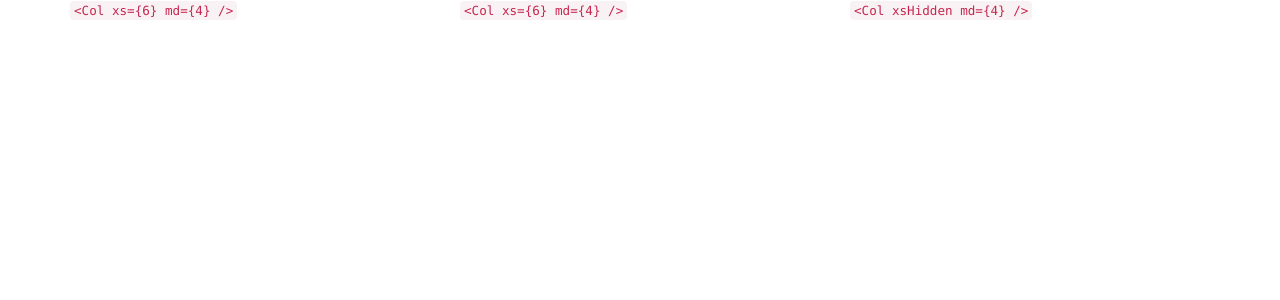
Repository: vivianuol/Clicky-game
Page: /
The author's editor kept a copy of each file at every save. The page is drawn from the files as they stood at one save, then again after a run of saves.
The browser window is 1280 px wide. The pictures show the whole page.
The project was rebuilt for these pictures with package versions that can differ from the ones it lists, and the page was loaded fresh each time.

Above is the page before, as saved 2019-01-12 11:49:58.

### public/index.html
<!DOCTYPE html>
<html lang="en">

<head>
  <meta charset="utf-8" />
  <link rel="shortcut icon" href="%PUBLIC_URL%/favicon.ico" />
  <meta name="viewport" content="width=device-width, initial-scale=1, shrink-to-fit=no" />
  <meta name="theme-color" content="#000000" />
  <!--
      manifest.json provides metadata used when your web app is added to the
      homescreen on Android. See https://developers.google.com/web/fundamentals/web-app-manifest/
    -->
  <link rel="manifest" href="%PUBLIC_URL%/manifest.json" />
  <!--
      Notice the use of %PUBLIC_URL% in the tags above.
      It will be replaced with the URL of the `public` folder during the build.
      Only files inside the `public` folder can be referenced from the HTML.

      Unlike "/favicon.ico" or "favicon.ico", "%PUBLIC_URL%/favicon.ico" will
      work correctly both with client-side routing and a non-root public URL.
      Learn how to configure a non-root public URL by running `npm run build`.
    -->
  <!-- Latest compiled and minified CSS -->
  <link rel="stylesheet"  href="https://maxcdn.bootstrapcdn.com/bootstrap/3.3.7/css/bootstrap.min.css" integrity="sha384-BVYiiSIFeK1dGmJRAkycuHAHRg32OmUcww7on3RYdg4Va+PmSTsz/K68vbdEjh4u"
    crossorigin="anonymous">
  <title>React App</title>
</head>

<body>
  <noscript>You need to enable JavaScript to run this app.</noscript>
  <div id="root"></div>
  <!--
      This HTML file is a template.
      If you open it directly in the browser, you will see an empty page.

      You can add webfonts, meta tags, or analytics to this file.
      The build step will place the bundled scripts into the <body> tag.

      To begin the development, run `npm start` or `yarn start`.
      To create a production bundle, use `npm run build` or `yarn build`.
    -->
</body>

</html>

### src/App.js
import React, { Component } from 'react';
import logo from './logo.svg';
import './App.css';
import Header from "./components/Header"

class App extends Component {
  render() {
    return (
      <div>
        <Header />
        {/* <Jumbotron />
        <Cards />
        <Footer /> */}
      </div>
    )
  }
}

export default App;

### src/components/Header.js
import React from "react";
import { Grid, Row, Col } from 'react-bootstrap';
import { Navbar, Nav } from 'react-bootstrap';


export default class Header extends


    React.Component {
    render() {
        return (
            // <Navbar>
            <Grid>
                <Row className="show-grid">
                    <Col xs={6} md={4}>
                        <code>{'<Col xs={6} md={4} />'}</code>
                    </Col>
                    <Col xs={6} md={4}>
                        <code>{'<Col xs={6} md={4} />'}</code>
                    </Col>
                    <Col xsHidden md={4}>
                        <code>{'<Col xsHidden md={4} />'}</code>
                    </Col>
                </Row>
            </Grid>
            // </Navbar>
        );
    }
}

### src/App.css
.App {
  text-align: center;
}

.App-logo {
  animation: App-logo-spin infinite 20s linear;
  height: 40vmin;
}

.App-header {
  background-color: #282c34;
  min-height: 100vh;
  display: flex;
  flex-direction: column;
  align-items: center;
  justify-content: center;
  font-size: calc(10px + 2vmin);
  color: white;
}

.App-link {
  color: #61dafb;
}

Nav h2, Nav h4 {
  display: inline-block;
}

Nav {
  height: 40px;
}



@keyframes App-logo-spin {
  from {
    transform: rotate(0deg);
  }
  to {
    transform: rotate(360deg);
  }
}

Loaded but not shown: src/index.js (common file); src/index.css (common file); src/serviceWorker.js (common file)

After the next 3 saves:
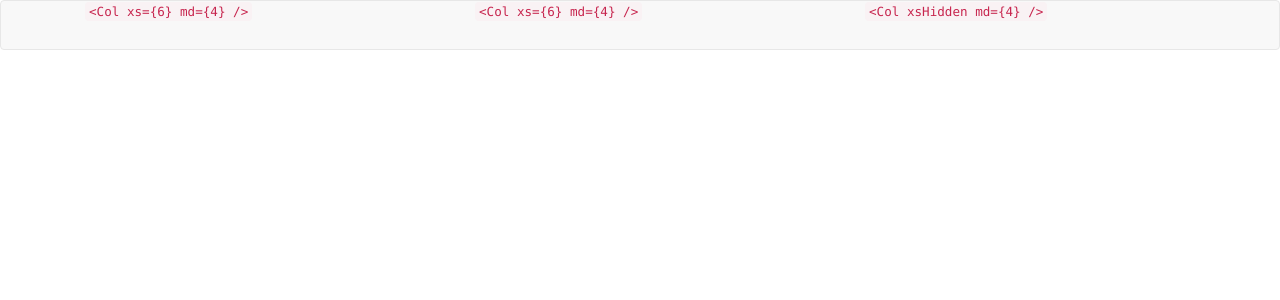
The 3 saves are shown as one change because 1 did not build or start and some came seconds apart.
The last was saved 40 s later.
--- a/src/components/Header.js
+++ b/src/components/Header.js
@@ -9,7 +9,7 @@
     React.Component {
     render() {
         return (
-            // <Navbar>
+            <Navbar>
             <Grid>
                 <Row className="show-grid">
                     <Col xs={6} md={4}>
@@ -23,7 +23,7 @@
                     </Col>
                 </Row>
             </Grid>
-            // </Navbar>
+            </Navbar>
         );
     }
 }
